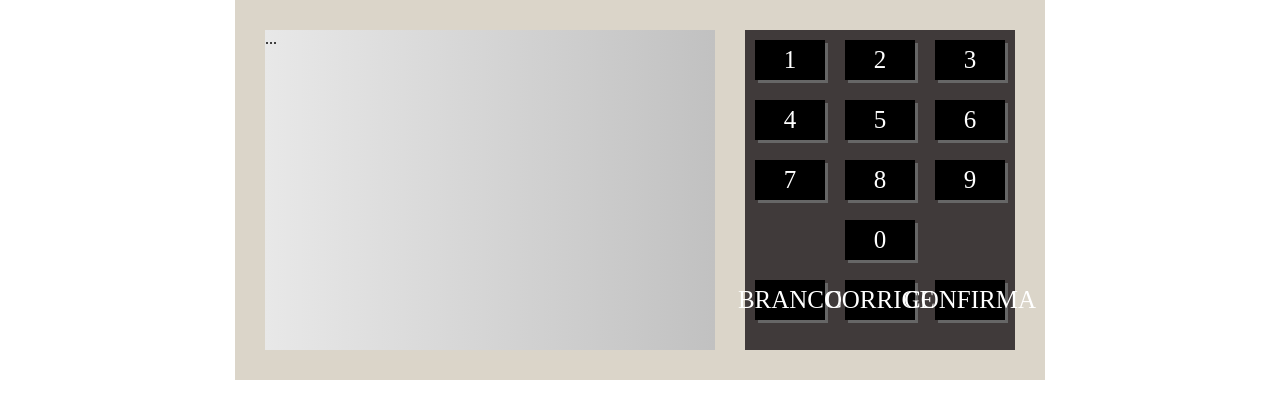
Repository: ThiagoIturra/urnaJs
Page: index.html
These files come from the project's save history. The page is drawn as it stood at one moment and after the next save; the edit follows.
The browser window is 1280 px wide. The pictures show the whole page.

Above is the page before, as saved 2022-01-05 16:15:29.

After the next save:
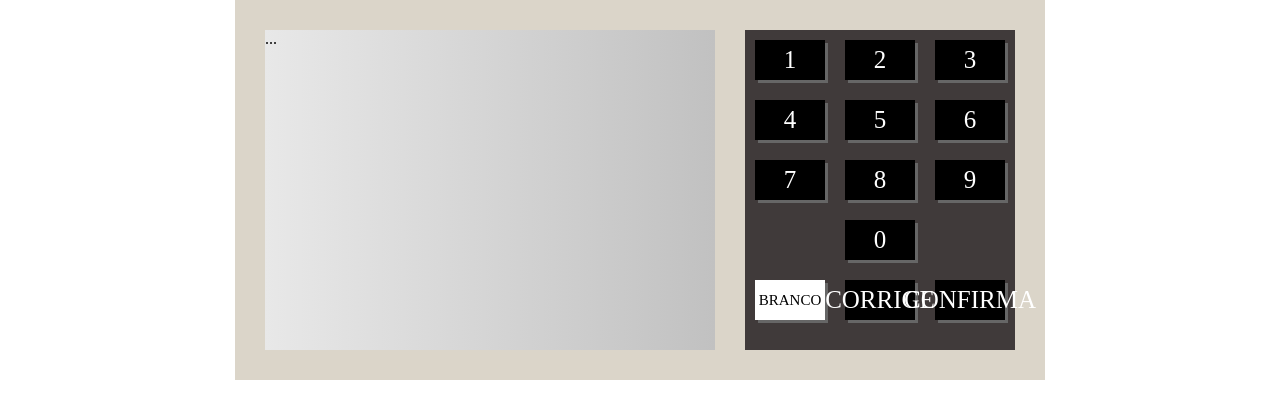
Saved 28 s later.
--- a/style.css
+++ b/style.css
@@ -41,7 +41,7 @@ body {
     box-shadow: 3px 3px 0px #666;
 }
 
-.keyboard--button--branco {
+.button--branco {
     background-color: #fff;
     color: #000;
     font-size: 15px;
